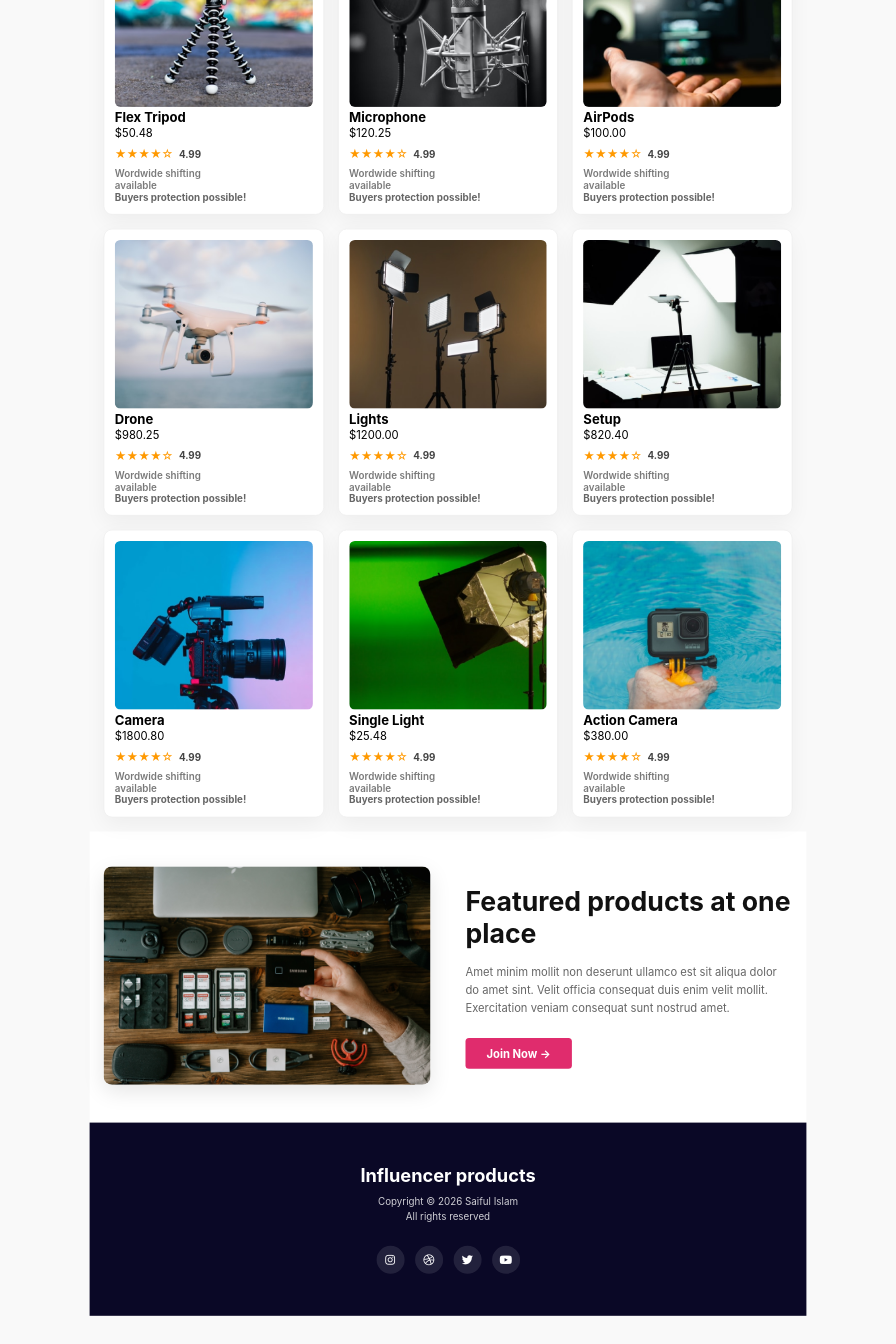
Repository: Saiful21Islam/Influencer-products
Page: it.html
The author's editor kept a copy of each file at every save. The page is drawn from the files as they stood at one save, then again after a run of saves.
The browser window is 1280 px wide. The pictures show the part of the page from y = 1124 to 3044 px (the page is 3044 px tall before and 2851 px after), at 70% of full size.

Above is the page before, as saved 2026-03-11 11:55:14.

### it.html
<!DOCTYPE html>
<html lang="en">

<head>
    <meta charset="UTF-8">
    <meta name="viewport" content="width=device-width, initial-scale=1.0">
    <title>Influencer Products</title>
    <link rel="stylesheet" href="style.css">
    <link rel="stylesheet" href="https://cdnjs.cloudflare.com/ajax/libs/font-awesome/6.0.0/css/all.min.css">
</head>
<style>
    * {
        margin: 0;
        padding: 0;
        box-sizing: border-box;
        font-family: 'Inter', sans-serif;
    }

    body {
        background-color: #f9f9f9;
        padding: 40px 10%;
    }

    .product-grid {
        display: grid;
        grid-template-columns: repeat(3, 1fr);
        gap: 30px;
    }

    .product-card {
        background: #fff;
        padding: 15px;
        border-radius: 12px;
        text-align: left;
        box-shadow: 0 10px 30px rgba(0, 0, 0, 0.05);
        transition: 0.3s;
    }

    .product-card:hover {
        transform: translateY(-5px);
    }

    .thumbnail {
        width: 100%;
        height: auto;
        border-radius: 8px;
        overflow: hidden;
        margin-bottom: 15px;
    }

    .thumbnail img {
        width: 100%;
        height: 100%;
        object-fit: cover;
    }

    .card-content h3 {
        font-size: 22px;
        color: #3A3A3A;
        margin-bottom: 5px;
    }

    .price {
        font-size: 20px;
        font-weight: 500;
        margin-bottom: 10px;
    }

    .rating {
        display: flex;
        align-items: center;
        gap: 5px;
        margin-bottom: 10px;
    }

    .rating i {
        color: #FF9800;
        font-size: 14px;
    }

    .rating-number {
        color: #787885;
        font-size: 14px;
    }

    .desc {
        color: #787885;
        font-size: 14px;
        line-height: 1.5;
    }

    @media (max-width: 768px) {
        .product-grid {

            grid-template-columns: repeat(1, 1fr);
        }
    }
</style>

<body>

    <nav class="navbar">
        <a href="#" class="logo">Influencer products</a>
        <ul class="nav-links">
            <li><a href="#">Home</a></li>
            <li><a href="#">Products</a></li>
            <li><a href="#">Sign up</a></li>
            <li><a href="#">Log In</a></li>
            <div class="nav-icons">
                <i class="fa-solid fa-magnifying-glass"></i>
                <div class="cart-icon"><i class="fa-solid fa-cart-shopping"></i><span class="cart-dot"></span></div>
            </div>
        </ul>
    </nav>

    <header class="hero">
        <div class="hero-content">
            <h1>Start your Journey as Influencer</h1>
            <p>Lorem ipsum dolor sit amet, consectetur adipiscing elit. Sem vestibulum sed scelerisque eros. Lectus
                faucibus.</p>
            <a href="#" class="btn-pink">Preebook now <i class="fa-solid fa-arrow-right"></i></a>
        </div>
        <div class="hero-image-container">
            <img src="images/Circle design.svg" alt="Circle Background" class="circle-image">

            <img src="images/main-camera.png" alt="Fujifilm Camera" class="camera-image">
        </div>
        </div>
        </div>
    </header>

    <section class="brand-section">
        <div class="logos-container">
            <img src="logos/Alibaba.svg" alt="Brands">
            <img src="logos/amazon.svg" alt="Brands">
            <img src="logos/Daraz.pk Logo.svg" alt="Brands">
            <img src="logos/ebay.svg" alt="Brands">
            <img src="logos/Rakuten.svg" alt="Brands">
            <img src="logos/Target.svg" alt="Brands">
            <img src="logos/Walmart.svg" alt="Brands">
        </div>
    </section>

    <section class="collection-section">
        <h2 class="title">Popular Collection</h2>
        <div class="product-container">
            <div class="product-card">
                <img src="images/tripod.png" alt="Tripod">
                <h3>Flex Tripod</h3>
                <p>$50.48</p>
                <div class="stars">
                    ★★★★☆ <span class="rating-num">4.99</span>
                </div>

                <p class="details">Wordwide shifting</p>
                <p class="details">available</p>
                <p class="details">Buyers protection possible!</p>
            </div>

            <div class="product-card">
                <img src="images/mic.png" alt="Microphone">
                <h3>Microphone</h3>
                <p>$120.25</p>
                <div class="stars">
                    ★★★★☆ <span class="rating-num">4.99</span>
                </div>

                <p class="details">Wordwide shifting</p>
                <p class="details">available</p>
                <p class="details">Buyers protection possible!</p>
            </div>

            <div class="product-card">
                <img src="images/airpod.png" alt="airpod">
                <h3>AirPods</h3>
                <p>$100.00</p>
                <div class="stars">
                    ★★★★☆ <span class="rating-num">4.99</span>
                </div>

                <p class="details">Wordwide shifting</p>
                <p class="details">available</p>
                <p class="details">Buyers protection possible!</p>
            </div>

            <div class="product-card">
                <img src="images/drone.png" alt="drone">
                <h3>Drone</h3>
                <p>$980.25</p>
                <div class="stars">
                    ★★★★☆ <span class="rating-num">4.99</span>
                </div>

                <p class="details">Wordwide shifting</p>
                <p class="details">available</p>
                <p class="details">Buyers protection possible!</p>
            </div>

            <div class="product-card">
                <img src="images/lights.png" alt="Lights">
                <h3>Lights</h3>
                <p>$1200.00</p>
                <div class="stars">
                    ★★★★☆ <span class="rating-num">4.99</span>
                </div>

                <p class="details">Wordwide shifting</p>
                <p class="details">available</p>
                <p class="details">Buyers protection possible!</p>
            </div>

            <div class="product-card">
                <img src="images/setup.png" alt="Setup">
                <h3>Setup</h3>
                <p>$820.40</p>
                <div class="stars">
                    ★★★★☆ <span class="rating-num">4.99</span>
                </div>

                <p class="details">Wordwide shifting</p>
                <p class="details">available</p>
                <p class="details">Buyers protection possible!</p>
            </div>

            <div class="product-card">
                <img src="images/camera.png" alt="Camera">
                <h3>Camera</h3>
                <p>$1800.80</p>
                <div class="stars">
                    ★★★★☆ <span class="rating-num">4.99</span>
                </div>

                <p class="details">Wordwide shifting</p>
                <p class="details">available</p>
                <p class="details">Buyers protection possible!</p>
            </div>

            <div class="product-card">
                <img src="images/single-light.png" alt="Single Light">
                <h3>Single Light</h3>
                <p>$25.48</p>
                <div class="stars">
                    ★★★★☆ <span class="rating-num">4.99</span>
                </div>

                <p class="details">Wordwide shifting</p>
                <p class="details">available</p>
                <p class="details">Buyers protection possible!</p>
            </div>

            <div class="product-card">
                <img src="images/action.png" alt="Action Camera">
                <h3>Action Camera</h3>
                <p>$380.00</p>
                <div class="stars">
                    ★★★★☆ <span class="rating-num">4.99</span>
                </div>

                <p class="details">Wordwide shifting</p>
                <p class="details">available</p>
                <p class="details">Buyers protection possible!</p>
            </div>

        </div>
    </section>
    </section>
    <section class="featured-section">
        <div class="featured-container">
            <div class="featured-image">
                <img src="images/gear.png" alt="Featured Gear">
            </div>

            <div class="featured-content">
                <h2>Featured products at one place</h2>
                <p>Amet minim mollit non deserunt ullamco est sit aliqua dolor do amet sint. Velit officia consequat
                    duis enim velit mollit. Exercitation veniam consequat sunt nostrud amet.</p>
                <a href="#" class="join-btn">Join Now &rarr;</a>
            </div>
        </div>
    </section>

    <footer
        style="background-color: #0A0826; color: white; text-align: center; padding: 60px 20px; font-family: sans-serif; width: 100%; box-sizing: border-box;">

        <h3 style="margin: 0 0 10px 0; font-size: 26px; font-weight: bold;">Influencer products</h3>

        <p style="margin: 0 0 30px 0; font-size: 14px; opacity: 0.8; line-height: 1.6;">
            Copyright © 2026 Saiful Islam <br> All rights reserved
        </p>

        <div style="display: flex; justify-content: center; gap: 15px;">
            <a href="#"
                style="color: white; background: rgba(255,255,255,0.1); width: 40px; height: 40px; border-radius: 50%; display: flex; align-items: center; justify-content: center; text-decoration: none;">
                <i class="fa-brands fa-instagram"></i>
            </a>
            <a href="#"
                style="color: white; background: rgba(255,255,255,0.1); width: 40px; height: 40px; border-radius: 50%; display: flex; align-items: center; justify-content: center; text-decoration: none;">
                <i class="fa-brands fa-dribbble"></i>
            </a>
            <a href="#"
                style="color: white; background: rgba(255,255,255,0.1); width: 40px; height: 40px; border-radius: 50%; display: flex; align-items: center; justify-content: center; text-decoration: none;">
                <i class="fa-brands fa-twitter"></i>
            </a>
            <a href="#"
                style="color: white; background: rgba(255,255,255,0.1); width: 40px; height: 40px; border-radius: 50%; display: flex; align-items: center; justify-content: center; text-decoration: none;">
                <i class="fa-brands fa-youtube"></i>
            </a>
        </div>
    </footer>

</body>

</html>

### style.css
.hero {
    display: flex;
    align-items: center;
    justify-content: space-around;
    padding: 50px 10%;
    background-color: #fff;
    min-height: 80vh;
    flex-wrap: wrap;
}

.hero-content {
    flex: 1;
    min-width: 300px;
}

.hero-content h1 {
    font-size: 52px;
    line-height: 1.2;
    margin-bottom: 20px;
    color: #3A3A3A;
}

.hero-content p {
    font-size: 16px;
    color: #6C6C6C;
    margin-bottom: 30px;
    max-width: 450px;
}

.btn-pink {
    background-color: #E02C6D;
    color: white;
    padding: 12px 25px;
    text-decoration: none;
    border-radius: 50px;
    font-weight: bold;
    display: inline-block;
}

.hero-image-container {
    flex: 1;
    position: relative;
    display: flex;
    justify-content: center;
    align-items: center;
    min-width: 300px;
}

.camera-image {
    width: 100%;
    max-width: 450px;
    position: relative;
    z-index: 2;
}

.circle-image {
    position: absolute;
    width: 110%;
    z-index: 1;
}

@media (max-width: 768px) {
    .hero {
        flex-direction: column-reverse;
        text-align: center;
        padding: 30px 5%;
    }
    .hero-content {
        margin-top: 30px;
    }
    .hero-content h1 {
        font-size: 32px;
    }
    .hero-image-container {
        width: 100%;
    }
    .camera-image {
        max-width: 300px;
    }
}
{
    margin: 0;
    padding: 0;
    box-sizing: border-box;
    font-family: 'Inter', sans-serif;
}

/* Navbar */
.navbar {
    display: flex;
    justify-content: space-between;
    padding: 20px 10%;
    align-items: center;
}
.logo { font-size: 24px; font-weight: bold; color: #3A3A3A; text-decoration: none; }
.nav-links { display: flex; list-style: none; align-items: center; }
.nav-links li { margin-left: 25px; }
.nav-links a { text-decoration: none; color: #3A3A3A; font-weight: 500; }
.nav-icons { display: flex; margin-left: 20px; gap: 20px; font-size: 18px; }

/* Hero */
.hero {
    display: flex;
    padding: 50px 10%;
    align-items: center;
}
.hero-content h1 { font-size: 52px; color: #3A3A3A; margin-bottom: 15px; }
.btn-pink {
    background: #E02C6D;
    color: white;
    padding: 10px 25px;
    border-radius: 50px;
    text-decoration: none;
    display: inline-block;
    margin-top: 20px;
}
.hero-image img { width: 400px; }

/* Brands */
.brand-section {
    padding: 40px 10%;
    border-top: 1px solid #eee;
    border-bottom: 1px solid #eee;
    margin: 50px 0;
}

.logos-container {
    display: flex;
    justify-content: space-between;
    align-items: center;
    flex-wrap: wrap;
}

.logos-container img {
    height: 35px;
    width: auto;
}

.hero-image-container {
    position: relative;
    width: 500px;
    height: 500px;
    display: flex;
    justify-content: center;
    align-items: center;
}

.circle-image {
    position: absolute;
    width: 450px;
    height: auto;
    z-index: 1;
    opacity: 0.8;
}
.camera-image {
    position: relative;
    width: 100%;
    max-width: 480px;
    z-index: 2;
    filter: drop-shadow(0 20px 30px rgba(0,0,0,0.1));
}

.product-container {
  display: flex;
  flex-wrap: wrap;
  gap: 20px;
  justify-content: center;
  padding: 20px;
}

.product-card {
  flex: 1 1 310px;
  max-width: 350px;
  background: #fff;
  border: 1px solid #eee;
  border-radius: 12px;
  padding: 15px;
  box-shadow: 0 5px 15px rgba(0,0,0,0.05);
  transition: transform 0.3s ease;
}

.product-card:hover {
  transform: translateY(-5px);
}

.product-card img {
  width: 100%;
  height: auto;
  border-radius: 8px;
}

@media (max-width: 768px) {
  .product-container {
    gap: 15px;
    padding: 10px;
  }
}

@media (max-width: 480px) {
  .product-card {
    flex: 1 1 100%;
    max-width: 100%;
    margin: 0 auto;
  }
}

.stars {
    display: flex;
    align-items: center;
    color: #FF9900;
    font-size: 16px;
    margin: 10px 0;
}

.star-half {
    position: relative;
    display: inline-block;
    color: #ccc;
}

.star-half::after {
    content: '★';
    position: absolute;
    left: 0;
    top: 0;
    width: 50%;
    overflow: hidden;
    color: #FF9900;
}

.rating-num {
    color: #444;
    font-size: 14px;
    font-weight: bold;
    margin-left: 8px;
}

.details {
    font-size: 14px;
    color: #7a7a7a;
    margin: 0;
    line-height: 1.2;
    font-weight: 600;
}

.details:last-child {
    font-weight: 700;
    color: #666;
}

.title {
    text-align: center;
    font-size: 28px;
    font-weight: 700;
    color: #333;
    margin-bottom: 40px;
}

.featured-section {
    padding: 50px 20px;
    background-color: #fff;
}

.featured-container {
    max-width: 1100px;
    margin: 0 auto;
    display: flex;
    align-items: center;
    gap: 50px;

.featured-image {
    flex: 1;
}

.featured-image img {
    width: 100%;
    border-radius: 12px;
    box-shadow: 0 10px 30px rgba(0,0,0,0.1);
}

.featured-content {
    flex: 1;
}

.featured-content h2 {
    font-size: 38px;
    color: #111;
    margin-bottom: 20px;
}

.featured-content p {
    font-size: 16px;
    color: #666;
    line-height: 1.6;
    margin-bottom: 30px;
}

.join-btn {
    display: inline-block;
    background-color: #E02C6D;
    color: white;
    padding: 12px 30px;
    text-decoration: none;
    font-weight: bold;
    border-radius: 5px;
    transition: 0.3s;
}

.join-btn:hover {
    background-color: #c2255c;
}

@media (max-width: 768px) {
    .featured-container {
        flex-direction: column;
        text-align: center;
        gap: 30px;
    }
    .featured-content h2 {
        font-size: 28px;
    }
}

/* Footer reset and style */
.footer-area {
    background-color: #0A0826 !important; /* ছবির মতো ডার্ক ব্লু */
    color: #ffffff !important;
    text-align: center !important;
    padding: 60px 20px !important;
    margin: 0 !important; /* কোনো গ্যাপ থাকলে তা দূর করবে */
    width: 100%;
    display: block;
}

.footer-area h3 {
    font-size: 26px;
    font-weight: 700;
    margin-bottom: 15px;
    color: white;
}

.footer-area p {
    font-size: 14px;
    opacity: 0.8;
    line-height: 1.8;
    margin-bottom: 30px;
    color: white;
}

/* Social icons layout */
.social-links {
    display: flex;
    justify-content: center;
    gap: 15px;
}

/* আইকনের গোল ব্যাকগ্রাউন্ড (আপনার ছবির মতো) */
.social-links a {
    color: white !important;
    background: #211F3D; /* ছবির আইকনের পেছনের কালার */
    width: 40px;
    height: 40px;
    display: flex;
    align-items: center;
    justify-content: center;
    border-radius: 50%;
    text-decoration: none;
    font-size: 18px;
    transition: 0.3s;
}

.social-links a:hover {
    background: #323050;
    transform: translateY(-3px);
}

After the next 2 saves:
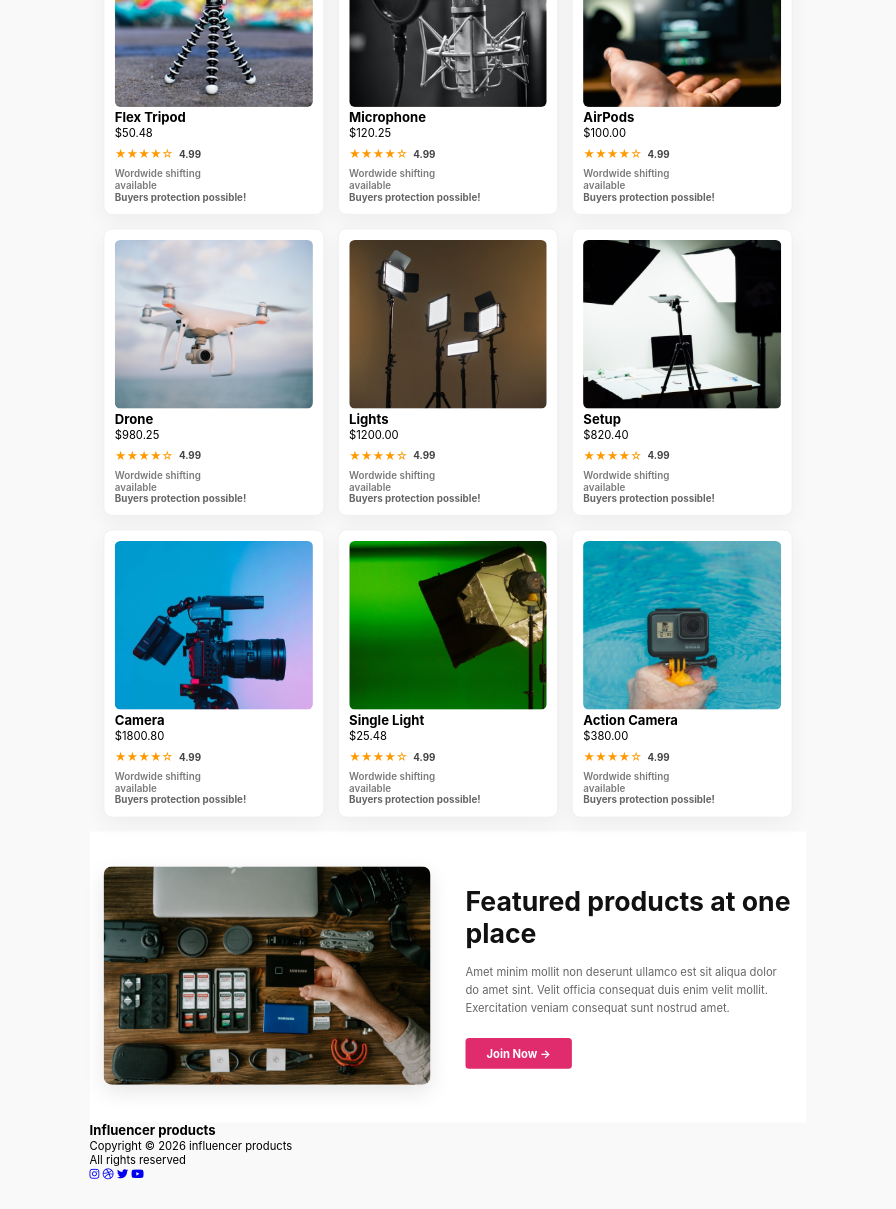
The 2 saves are shown as one change because they came seconds apart.
The last was saved 5 min 42 s later.
--- a/it.html
+++ b/it.html
@@ -279,34 +279,17 @@
         </div>
     </section>
 
-    <footer
-        style="background-color: #0A0826; color: white; text-align: center; padding: 60px 20px; font-family: sans-serif; width: 100%; box-sizing: border-box;">
-
-        <h3 style="margin: 0 0 10px 0; font-size: 26px; font-weight: bold;">Influencer products</h3>
-
-        <p style="margin: 0 0 30px 0; font-size: 14px; opacity: 0.8; line-height: 1.6;">
-            Copyright © 2026 Saiful Islam <br> All rights reserved
-        </p>
-
-        <div style="display: flex; justify-content: center; gap: 15px;">
-            <a href="#"
-                style="color: white; background: rgba(255,255,255,0.1); width: 40px; height: 40px; border-radius: 50%; display: flex; align-items: center; justify-content: center; text-decoration: none;">
-                <i class="fa-brands fa-instagram"></i>
-            </a>
-            <a href="#"
-                style="color: white; background: rgba(255,255,255,0.1); width: 40px; height: 40px; border-radius: 50%; display: flex; align-items: center; justify-content: center; text-decoration: none;">
-                <i class="fa-brands fa-dribbble"></i>
-            </a>
-            <a href="#"
-                style="color: white; background: rgba(255,255,255,0.1); width: 40px; height: 40px; border-radius: 50%; display: flex; align-items: center; justify-content: center; text-decoration: none;">
-                <i class="fa-brands fa-twitter"></i>
-            </a>
-            <a href="#"
-                style="color: white; background: rgba(255,255,255,0.1); width: 40px; height: 40px; border-radius: 50%; display: flex; align-items: center; justify-content: center; text-decoration: none;">
-                <i class="fa-brands fa-youtube"></i>
-            </a>
-        </div>
-    </footer>
+    <footer class="full-footer">
+    <h3>Influencer products</h3>
+    <p>Copyright © 2026 influencer products <br> All rights reserved</p>
+
+    <div class="socials">
+        <a href="#"><i class="fa-brands fa-instagram"></i></a>
+        <a href="#"><i class="fa-brands fa-dribbble"></i></a>
+        <a href="#"><i class="fa-brands fa-twitter"></i></a>
+        <a href="#"><i class="fa-brands fa-youtube"></i></a>
+    </div>
+</footer>
 
 </body>
 
